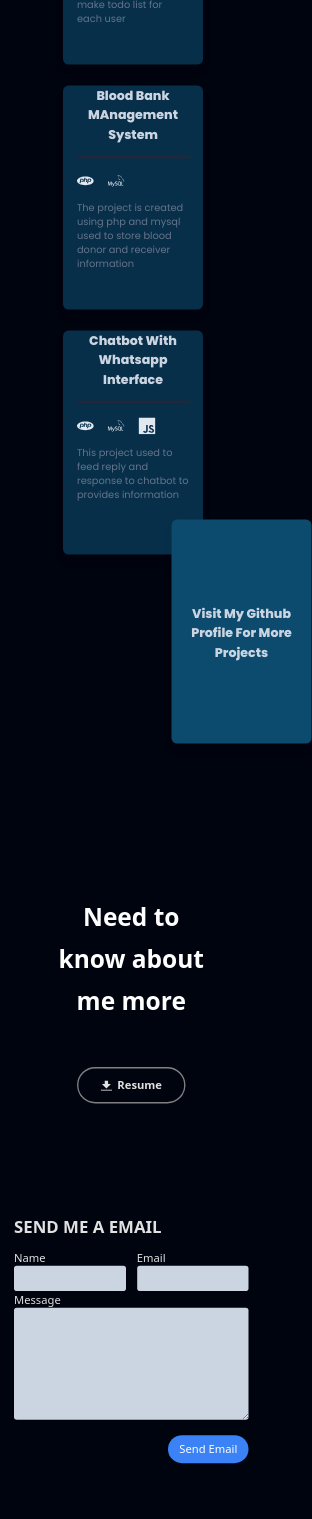
Repository: sibi24sibi/MyPersonalPortfolio
Page: /
These files come from the project's save history. The page is drawn as it stood at one moment and after the next save; the edit follows.
The browser window is 375 px wide. The page is 445 px wide, so the pictures cover 445 px, including what lies to the right of the window. The pictures show the part of the page from y = 3156 to 5396 px (the page is 5326 px tall before and 5396 px after), at 70% of full size.
The project was rebuilt for these pictures with package versions that can differ from the ones it lists, and the page was loaded fresh each time. Also part of the build but not shown: vite.config.js, src/components/Menu.jsx, src/components/Footer.jsx.

Above is the page before, as saved 2024-05-03 20:22:44.

After the next save:
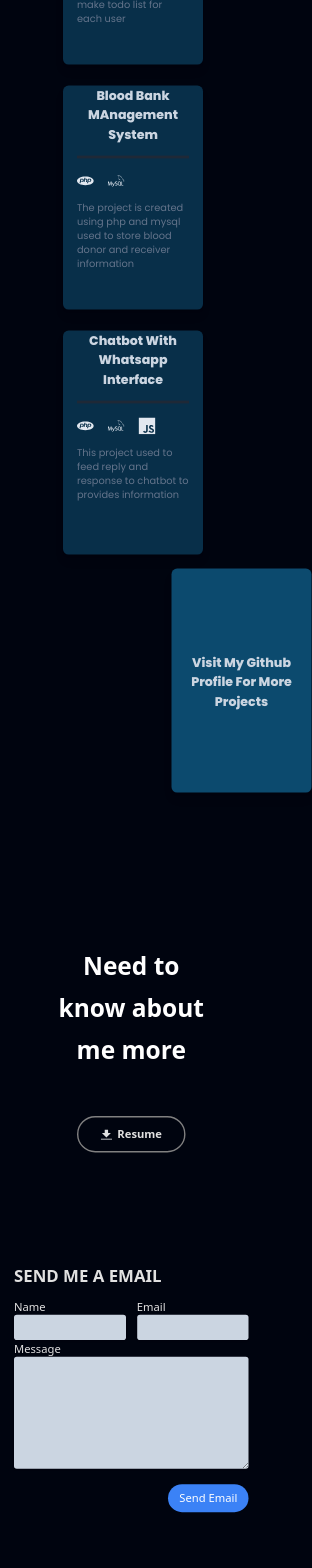
Saved 16 s later.
--- a/src/components/proj_style.css
+++ b/src/components/proj_style.css
@@ -42,7 +42,6 @@
   }
   .card:not(:first-child) {
     margin-left:auto;
-    margin-top: -60px;
   }
   .card:hover ~ .card {
     position:unset;
